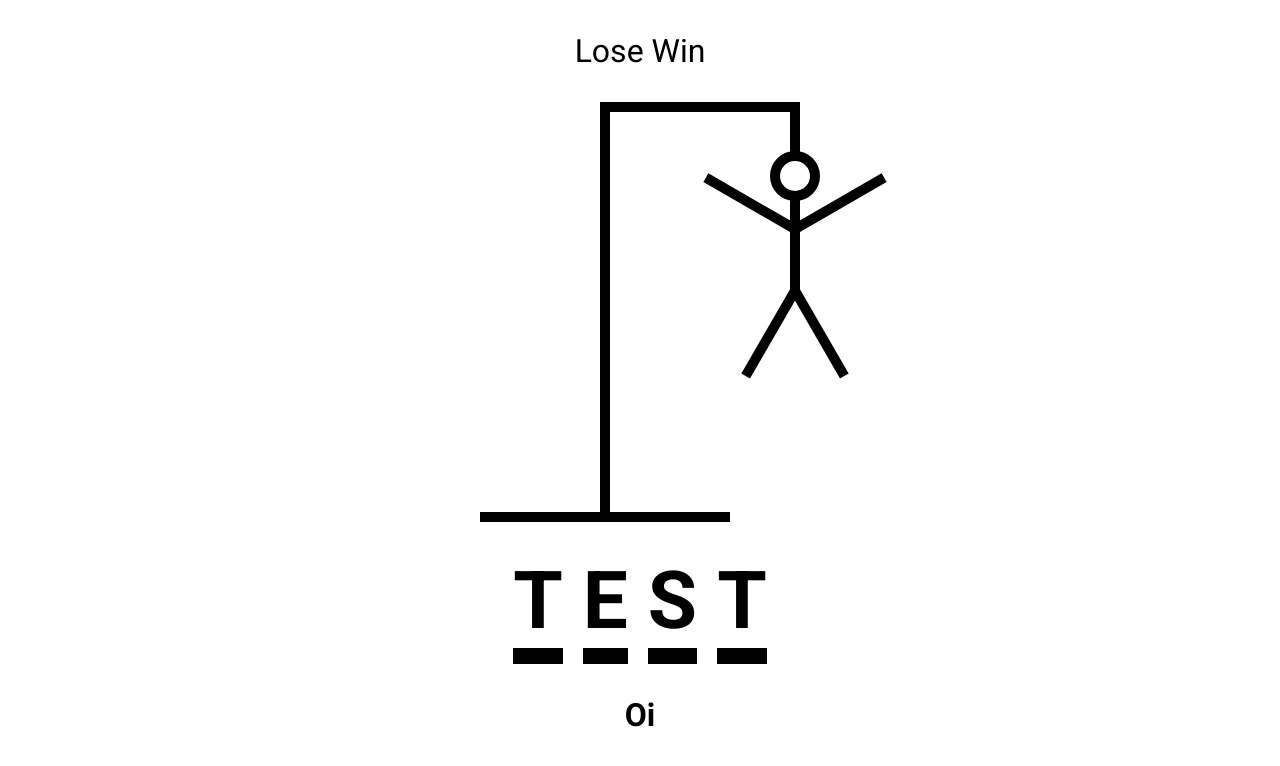
Repository: guilhermecardoso93/jogodaforca
Page: /
An editor plug-in stored every save of this project. The page is shown before and after the next save, followed by the edit.
The browser window is 1280 px wide. The pictures show the whole page.
The project was rebuilt for these pictures with package versions that can differ from the ones it lists, and the page was loaded fresh each time. Also part of the build but not shown: vite.config.ts.

Above is the page before, as saved 2022-12-06 21:14:01.

### index.html
<!DOCTYPE html>
<html lang="en">
  <head>
    <meta charset="UTF-8" />
    <link rel="icon" type="image/svg+xml" href="/vite.svg" />
    <meta name="viewport" content="width=device-width, initial-scale=1.0" />
    <link rel="preconnect" href="https://fonts.googleapis.com"><link
      rel="preconnect" href="https://fonts.gstatic.com" crossorigin><link
      href="https://fonts.googleapis.com/css2?family=Roboto:ital,wght@0,400;0,500;0,700;1,400&display=swap"
      rel="stylesheet">
    <title>Vite + React + TS</title>
  </head>
  <body>
    <div id="root"></div>
    <script type="module" src="/src/main.tsx"></script>
  </body>
</html>

### src/App.tsx
import { useState } from "react";
import words from "./wordList.json";

import { HangmanDrawing } from "./components/HangmanDrawing";
import { HangmanWord } from "./components/HangmanWord";
import { Keyboard } from "./components/Keyboard";

import "./App.css";

export function App() {
  const randomWords = () => {
    return words[Math.floor(Math.random() * words.length)];
  };

  const [wordToGuess, setWordToGuess] = useState(randomWords);
  const [guessedLetters, setGuessedLetters] = useState<string[]>([]);

  console.log(wordToGuess);
  return (
    <div className="container">
      <div className="loseOrWin">Lose Win</div>
      <HangmanDrawing />
      <HangmanWord />
      <Keyboard />
    </div>
  );
}

### src/wordList.json
[
  "capaz",
  "sobre",
  "absoluto",
  "aceitar",
  "conta",
  "alcançar",
  "através",
  "ativo",
  "real",
  "Admitem",
  "anunciar",
  "afetar",
  "proporcionar",
  "depois",
  "tarde",
  "novamente",
  "contra",
  "agente",
  "aceita",
  "permitir",
  "quase",
  "já",
  "tudo bem",
  "também",
  "Apesar",
  "sempre",
  "América",
  "quantia",
  "outro",
  "responda",
  "separado",
  "aparente",
  "aparecer",
  "Aplique",
  "nomear",
  "abordagem",
  "apropriado",
  "área",
  "argumentar",
  "arranjo",
  "associado",
  "presumir",
  "participar",
  "autoridade",
  "acessível",
  "consciente",
  "horrível",
  "bebê",
  "Saldo",
  "bola",
  "banco",
  "base",
  "base",
  "urso",
  "bater",
  "beleza",
  "Porque",
  "antes da",
  "começar",
  "acreditam",
  "beneficiar",
  "melhor",
  "entre",
  "conta",
  "nascimento",
  "Preto",
  "cara",
  "sangue",
  "golpe",
  "limite",
  "linha",
  "Lista",
  "ouço",
  "pequena",
  "viver",
  "carregar",
  "local",
  "trancar",
  "Londres",
  "grandes",
  "olhar",
  "senhor",
  "perder",
  "amor",
  "sorte",
  "almoço",
  "máquina",
  "faço",
  "gerir",
  "muitos",
  "marca",
  "mercado",
  "casar",
  "Combine",
  "matéria",
  "significa",
  "significado",
  "a medida",
  "encontrar",
  "membro",
  "menção",
  "meio",
  "poderia",
  "milha",
  "ouvir",
  "coração",
  "aquecer",
  "pesado",
  "inferno",
  "ajuda",
  "aqui",
  "Alto",
  "história",
  "aguarde",
  "feriado",
  "casa",
  "honesto",
  "esperança",
  "cavalo",
  "hospital",
  "hora",
  "lar",
  "Contudo",
  "olá",
  "centenas",
  "esposo",
  "idéia",
  "identificar",
  "Imagine",
  "importante",
  "melhorar",
  "incluir",
  "renda",
  "aumentar",
  "na verdade",
  "Individual",
  "indústria",
  "informar",
  "garantir",
  "interesse",
  "em",
  "introduzir",
  "investir",
  "envolver",
  "questão",
  "item",
  "Jesus",
  "Junte",
  "juiz",
  "pular",
  "apenas",
  "guarda",
  "matar",
  "Gentil",
  "rei",
  "cozinha",
  "bater",
  "conhecer",
  "trabalho",
  "senhora",
  "terra",
  "Língua",
  "ampla",
  "último",
  "tarde",
  "riso",
  "conduzir",
  "aprender",
  "sair",
  "deixei",
  "menos",
  "carta",
  "nível",
  "vida",
  "leve",
  "Curti",
  "provável",
  "cinco",
  "apartamento",
  "piso",
  "Segue",
  "Comida",
  "pé",
  "força",
  "esquecer",
  "Formato",
  "fortuna",
  "frente",
  "quatro",
  "França",
  "gratuitamente",
  "amigo",
  "a partir de",
  "frente",
  "cheio",
  "função",
  "fundo",
  "futuro",
  "jogos",
  "jardim",
  "em geral",
  "Alemanha",
  "menina",
  "dar",
  "vidro",
  "Boa",
  "adeus",
  "governo",
  "grande",
  "conceder",
  "excelente",
  "verde",
  "chão",
  "grupo",
  "crescer",
  "acho",
  "cabelo",
  "metade",
  "corredor",
  "mão",
  "pendurar",
  "acontecer",
  "feliz",
  "duro",
  "odiar",
  "tenho",
  "cabeça",
  "saúde"
]

### src/components/HangmanDrawing.tsx
const HEAD = (
  <div
    style={{
      width: "50px",
      height: "50px",
      borderRadius: "100%",
      border: "10px solid black",
      position: "absolute",
      top: "49px",
      right: "-20px",
    }}
  />
);

const BODY = (
  <div
    style={{
      width: "10px",
      height: "100px",
      background: "black",
      position: "absolute",
      top: "90px",
      right: 0,
    }}
  />
);

const RIGHT_ARM = (
  <div
    style={{
      width: "100px",
      height: "10px",
      background: "black",
      position: "absolute",
      top: "120px",
      right: "-100px",
      rotate: "-30deg",
      transformOrigin: "left bottom",
    }}
  />
);

const LEFT_ARM = (
  <div
    style={{
      width: "100px",
      height: "10px",
      background: "black",
      position: "absolute",
      top: "120px",
      right: "10px",
      rotate: "30deg",
      transformOrigin: "right bottom",
    }}
  />
);

const RIGHT_LEG = (
  <div
    style={{
      width: "100px",
      height: "10px",
      background: "black",
      position: "absolute",
      top: "180px",
      right: "-90px",
      rotate: "60deg",
      transformOrigin: "left bottom",
    }}
  />
);

const LEFT_LEG = (
  <div
    style={{
      width: "100px",
      height: "10px",
      background: "black",
      position: "absolute",
      top: "180px",
      right: 0,
      rotate: "-60deg",
      transformOrigin: "right bottom",
    }}
  />
);

const BODY_PARTS = [HEAD, BODY, RIGHT_ARM, LEFT_ARM, RIGHT_LEG, LEFT_LEG];

type HangmanDrawingProps = {
  numberOfGuesses: number
}

export function HangmanDrawing() {
  return (
    <div style={{ position: "relative" }}>
      {BODY_PARTS}
      <div
        style={{
          height: "50px",
          width: "10px",
          background: "black",
          position: "absolute",
          top: 0,
          right: 0,
        }}
      />
      <div
        style={{
          height: "10px",
          width: "200px",
          background: "black",
          marginLeft: "120px",
        }}
      />
      <div
        style={{
          height: "400px",
          width: "10px",
          background: "black",
          marginLeft: "120px",
        }}
      />
      <div style={{ height: "10px", width: "250px", background: "black" }} />
    </div>
  );
}

### src/components/HangmanWord.tsx
import "../App.css";

export function HangmanWord() {
  const word = 'test'
  return (
    <div className="HangmanWordContainer">
      {
        word.split('').map((letter, index) => (
          <span>{letter}</span>
        ))}
    </div>
  )
}

### src/components/Keyboard.tsx
export function Keyboard() {
  return (
    <div>
      <h1>Oi</h1>
    </div>
  )
}

### src/App.css
* {
  margin: 0;
  passing: 0;
  box-sizing: border-box;
  font-family: "Roboto", sans-serif;
}

body {
  margin: 2rem;
}

.container {
  max-width: 800px;
  display: flex;
  flex-direction: column;
  gap: 2rem;
  margin: 0 auto;
  align-items: center;
  justify-content: center;
}

.loseOrWin {
  font-size: 2rem;
  text-align: center;
}

.HangmanWordContainer {
  display: flex;
  gap: 0.25em;
  font-size: 5rem;
  font-weight: bold;
  text-transform: uppercase;
}

.HangmanWordContainer > span {
  border-bottom: 1rem solid black;
}

Loaded but not shown: src/main.tsx (common file)

After the next save:
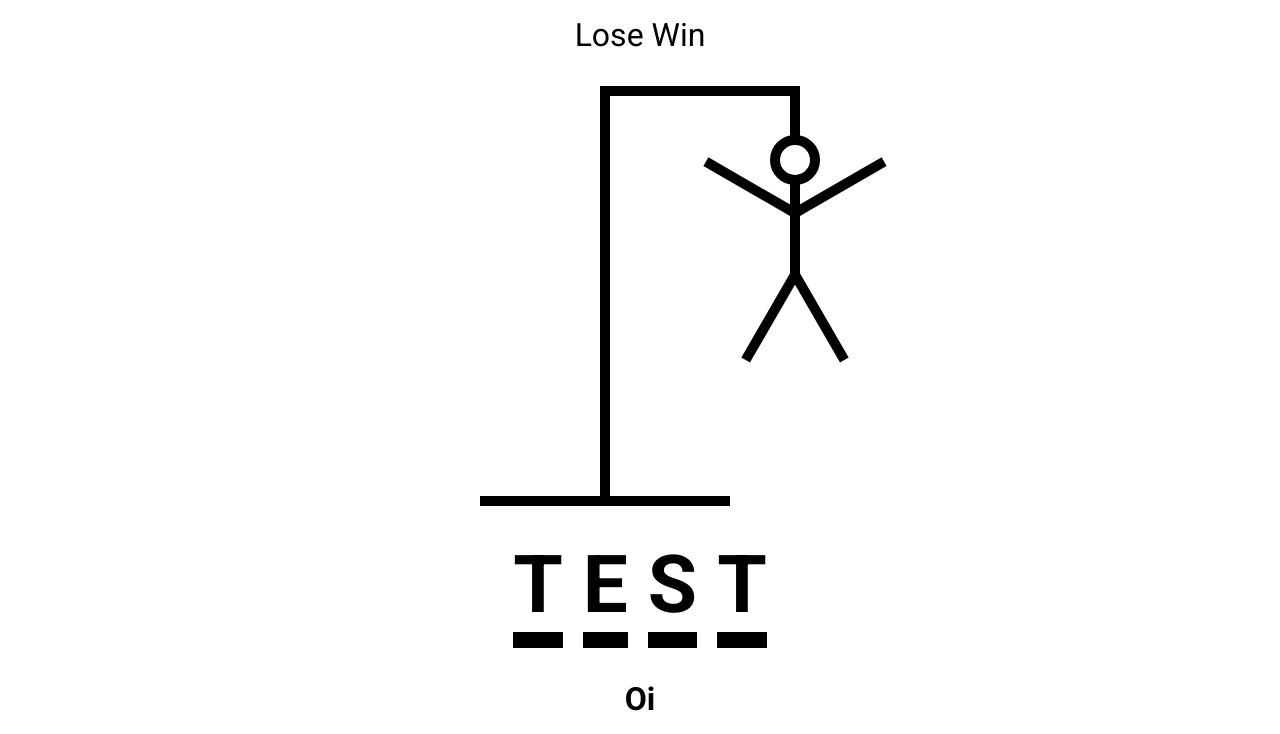
Saved 12 s later.
--- a/src/App.css
+++ b/src/App.css
@@ -6,7 +6,7 @@
 }
 
 body {
-  margin: 2rem;
+  margin: 1rem;
 }
 
 .container {
